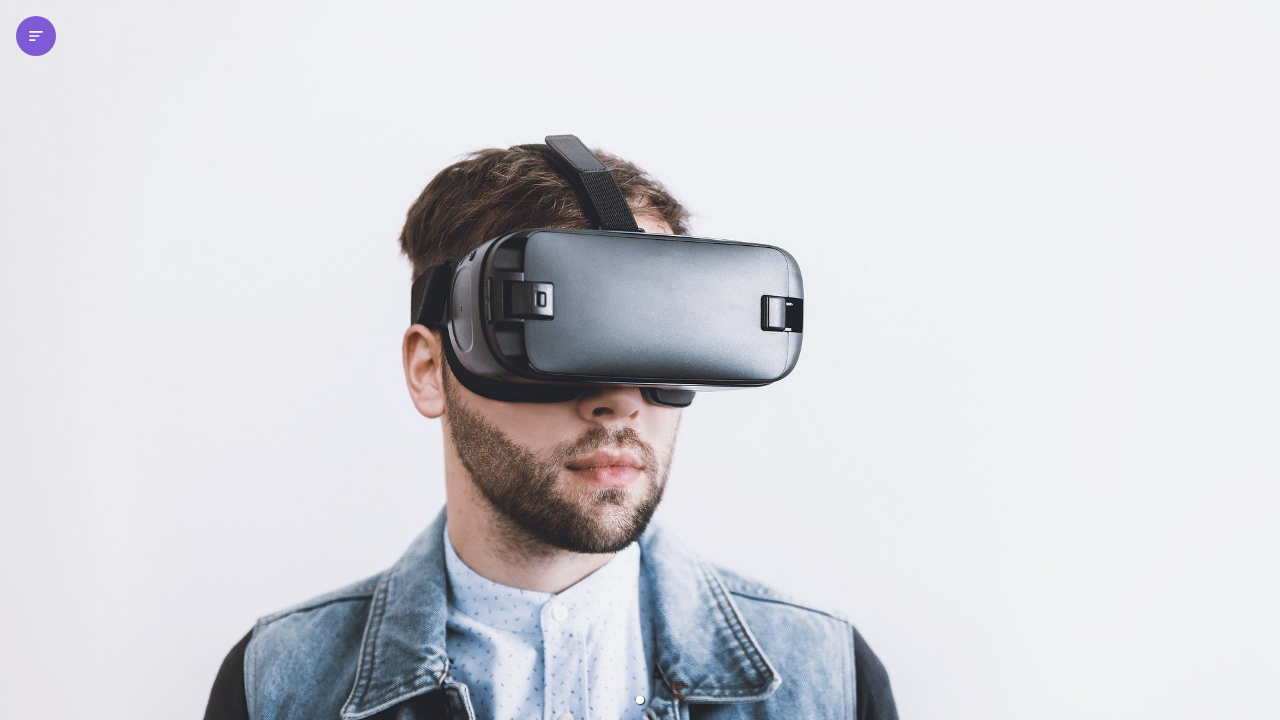
Repository: aman0801/React_JS_Project_2
Page: /
These files come from the project's save history. The page is drawn as it stood at one moment and after a run of saves; the edit follows.
The browser window is 1280 px wide. The pictures show the whole page.
The project was rebuilt for these pictures with package versions that can differ from the ones it lists, and the page was loaded fresh each time.

Above is the page before, as saved 2023-01-29 16:06:58.

After the next 3 saves:
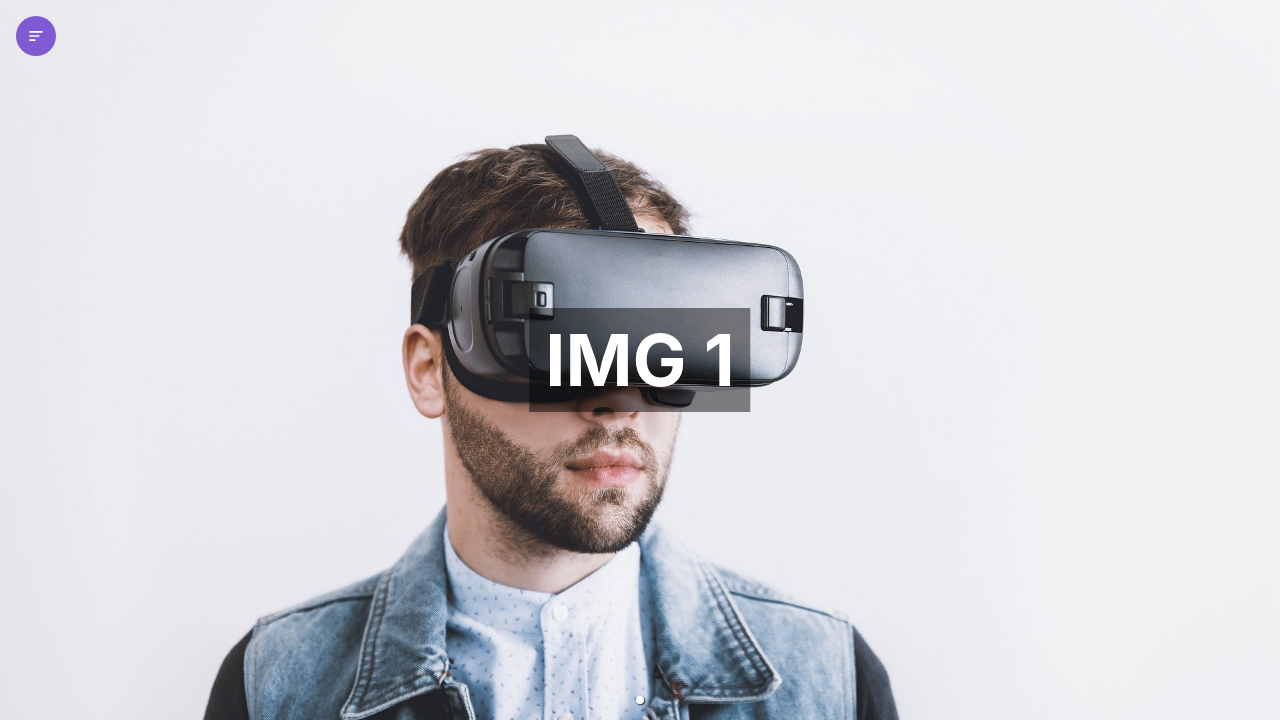
The 3 saves are shown as one change because 2 did not build or start.
The last was saved 36 s later.
--- a/src/components/Home.jsx
+++ b/src/components/Home.jsx
@@ -34,7 +34,7 @@ const MyCarousel = () => (
     showArrows={false}>
         <Box w="full" h={'100vh'}>
         <Image src={img1} h="full" w={'full'} objectFit={'cover'} />
-      <Heading bgColor={'blackAlpha.600'} color={'white'} >
+      <Heading bgColor={'blackAlpha.600'} color={'white'} {...headingOptions}>
         Img 1</Heading>
         </Box>
 
